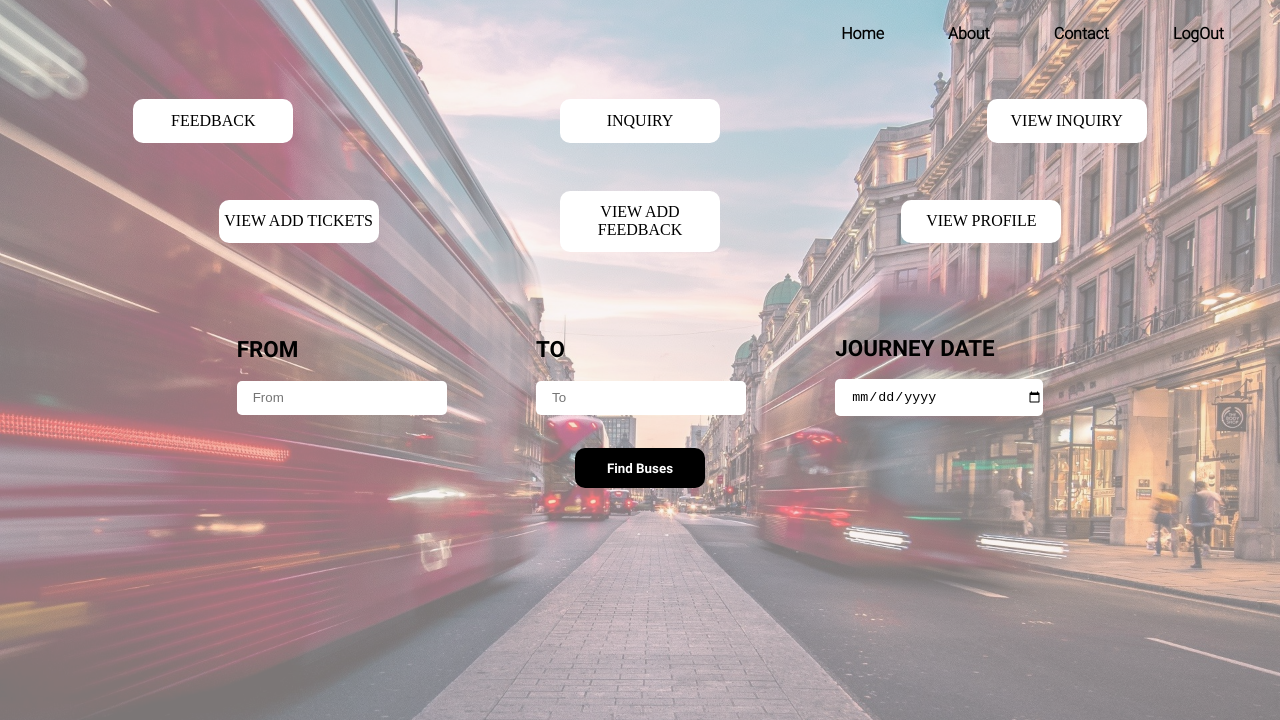
Repository: Savindushehan/RouteMaster-Group-project
Page: http://localhost/RouterMaster/MainHome.jsp
An editor plug-in stored every save of this project. The page is shown before and after the next save, followed by the edit.
The browser window is 1280 px wide. The pictures show the whole page.
The page is served by Tomcat 10. Other server files are loaded and not shown.

Above is the page before, as saved 2023-10-09 19:16:00.

### RouteMaster/RouterMaster/src/main/webapp/MainHome.jsp
<%@ page language="java" contentType="text/html; charset=UTF-8"
    pageEncoding="UTF-8"%>
<!DOCTYPE html>
<html lang="en">
<head>
    <meta charset="UTF-8">
    <meta name="viewport" content="width=device-width, initial-scale=1.0">
    <title>RouteMaster</title>
    <style>
        @font-face {
        font-family: 'Roboto-Light'; /* Font family name */
        src: url('Fonts/Roboto-Light.ttf') format('truetype'); /* URL to your font file */
        font-weight: normal;
        font-style: italic;
        }
        @font-face {
        font-family: 'Raleway-Light'; /* Font family name */
        src: url('Fonts/Raleway-Light.ttf') format('truetype'); /* URL to your font file */
        font-weight: normal;
        font-style: italic;
        }
        @font-face {
        font-family: 'Roboto-Bold'; /* Font family name */
        src: url('Fonts/Roboto-Bold.ttf') format('truetype'); /* URL to your font file */
        font-weight: normal;
        font-style: italic;
        }
        :root{
            --div-color1:#000000;
            --div-color2:#272702;
            --div-color3:#07FAFA;
            --div-color4:#FFFFFF;
        }
        a{
            text-decoration: none;
        }
        body{
            margin: 0;
            padding: 0;
            background-image: url(background.jpg);
            background-size: cover;
            background-repeat: no-repeat;
            background-position: center;
            height: 100vh;

        }
        body::before {
          content: "";
          position: absolute;
          top: 0;
          left: 0;
          width: 100%;
          height: 100%;
          background-color: rgba(245, 236, 236, 0.5);
          z-index: -1;
        }
        .head{
            display: flex;
            flex-direction: row;
            justify-content: right;
        }
        header h3{
            color: var(--div-color1);
            font-size:1rem;
            margin-right: 3rem;
            cursor: grab;
            padding: 0.5rem;
            border-radius: 0.5rem;
            outline: none;
            font-family: 'Roboto-Light';
        }
        .row1{
            margin-top: 2rem;
            width: 100%;
        }
        .row2{
            width: 80%;
            margin-left: auto;
            margin-right: auto;
        }
        .row1,.row2{
            display: flex;
            flex-direction: row;
            justify-content: space-around;
            align-items: center;
            margin-bottom: 3rem;
        }
        span{
            width: 10rem;
            padding-top: 0.8rem;
            padding-bottom: 0.8rem;
            text-align: center;
            border-radius: 10px;
            background-color: var(--div-color4);
            outline: none;
            font-family: 'Ralway-Light';
            cursor: pointer;
        }
        form{
            display: flex;
            flex-direction: column;
            justify-content: center;
            align-items: center;
            width:70%;
            margin-left: auto;
            margin-right: auto;
            margin-top: 4rem;
        }
        .row3{
            display: flex;
            flex-direction: row;
            justify-content: space-around;
            align-items: center;
            width: 100%;
        }
        h2{
           font-family: 'Roboto-Bold';
           font-size: 1.4rem;
        }
        input{
            width: 12rem;
            padding-top: 0.6rem;
            padding-bottom: 0.6rem;
            border: none;
            outline: none;
            border-radius: 5px;
            padding-left: 1rem;
        }
        button{
          text-align: center;
          padding-left: 2rem;
          padding-right: 2rem;
          padding-top: 0.8rem;
          padding-bottom: 0.8rem;
          border-radius: 10px;
          font-family: 'Roboto-Bold';
          background-color: var(--div-color1);
          color: var(--div-color4);
          border: none;
          outline: none;
          cursor: pointer;
          margin-top: 2rem;
        }
    </style>
</head>
<body>
    <header>
        <div class="head">
          <a href="Home.jsp"><h3 id="m1">Home</h3></a>
           <a href="AboutUs.jsp"><h3 id="m2">About</h3></a>
            <a href="ContactUS.jsp"><h3 id="m3">Contact</h3></a>
           <a href="login.jsp"><h3 id="m4">LogOut</h3></a>
        </div>
    </header>
    <main>
        <div class="row1">
            <span id="s1" name="feedback">FEEDBACK</span>
            <span id="s2" name="inquiry">INQUIRY</span>
            <span id="s3" name="viewinquiry">VIEW INQUIRY</span>
        </div>
       <div class="row2">
		<span id="s4" name="ticket">VIEW ADD TICKETS</span>
   		 <span id="s5" name="viewfeedback">VIEW ADD FEEDBACK</span>
	    <span id="s6" name="profile" value="profile" type="hidden">VIEW PROFILE</span>
	</div>

        <form>
            <div class="row3">
                <div class="colomn1">
                                    <h2>FROM</h2>
                    <input type="text" id="from" name="from" placeholder="From">
                </div>
                <div class="colomn2">
                    <h2>TO</h2>
                    <input type="text" id="to" name="to" placeholder="To">
                </div>
                <div class="colomn3">
                    <h2>JOURNEY DATE</h2>
                    <input type="date" id="date" name="date">
                </div>
            </div>
            <button id="btn">Find Buses</button>
        </form>
    </main>
    <script>

        var M1=document.getElementById("m1");
        var M2=document.getElementById("m2");
        var M3=document.getElementById("m3");
        var M4=document.getElementById("m4");
        var BTN=document.getElementById("btn");
        var S1=document.getElementById("s1");
        var S2=document.getElementById("s2");
        var S3=document.getElementById("s3");
        var S4=document.getElementById("s4");
        var S5=document.getElementById("s5");
        var S6=document.getElementById("s6");

        M1.onmousemove=function(){
          M1.style.backgroundColor="var(--div-color3)";
          M1.style.color="var(--div-color4)";
        }
        M1.onmouseout=function(){
          M1.style.backgroundColor="";
          M1.style.color="var(--div-color1)";
        }
        M2.onmousemove=function(){
          M2.style.backgroundColor="var(--div-color3)";
          M2.style.color="var(--div-color4)";
        }
        M2.onmouseout=function(){
          M2.style.backgroundColor="";
          M2.style.color="var(--div-color1)";
        }
        M3.onmousemove=function(){
          M3.style.backgroundColor="var(--div-color3)";
          M3.style.color="var(--div-color4)";
        }
        M3.onmouseout=function(){
          M3.style.backgroundColor="";
          M3.style.color="var(--div-color1)";
        }
        M4.onmousemove=function(){
          M4.style.backgroundColor="var(--div-color3)";
          M4.style.color="var(--div-color4)";
        }
        M4.onmouseout=function(){
          M4.style.backgroundColor="";
          M4.style.color="var(--div-color1)";
        }
        /* Above javascript code must include all tha page.don't change the code.*/
        BTN.onmousemove=function(){
          BTN.style.color="var(--div-color1)";
          BTN.style.backgroundColor="var(--div-color4)";
        }
        BTN.onmouseout=function(){
          BTN.style.color="var(--div-color4)";
          BTN.style.backgroundColor="var(--div-color1)";
        }
        S1.onmousemove=function(){
            S1.style.backgroundColor="var(--div-color3)";
            S1.style.color="var(--div-color4)";
        }
        S1.onmouseout=function(){
            S1.style.backgroundColor="var(--div-color4)";
            S1.style.color="var(--div-color1)";
        }
        S2.onmousemove=function(){
            S2.style.backgroundColor="var(--div-color3)";
            S2.style.color="var(--div-color4)";
        }
        S2.onmouseout=function(){
            S2.style.backgroundColor="var(--div-color4)";
            S2.style.color="var(--div-color1)";
        }
        S3.onmousemove=function(){
            S3.style.backgroundColor="var(--div-color3)";
            S3.style.color="var(--div-color4)";
        }
        S3.onmouseout=function(){
            S3.style.backgroundColor="var(--div-color4)";
            S3.style.color="var(--div-color1)";
        }
        S4.onmousemove=function(){
            S4.style.backgroundColor="var(--div-color3)";
            S4.style.color="var(--div-color4)";
        }
        S4.onmouseout=function(){
            S4.style.backgroundColor="var(--div-color4)";
            S4.style.color="var(--div-color1)";
        }
        S5.onmousemove=function(){
            S5.style.backgroundColor="var(--div-color3)";
            S5.style.color="var(--div-color4)";
        }
        S5.onmouseout=function(){
            S5.style.backgroundColor="var(--div-color4)";
            S5.style.color="var(--div-color1)";
        }
        S6.onmousemove=function(){
            S6.style.backgroundColor="var(--div-color3)";
            S6.style.color="var(--div-color4)";
        }
        S6.onmouseout=function(){
            S6.style.backgroundColor="var(--div-color4)";
            S6.style.color="var(--div-color1)";
        }

       </script>
</body>
</html>

After the next save:
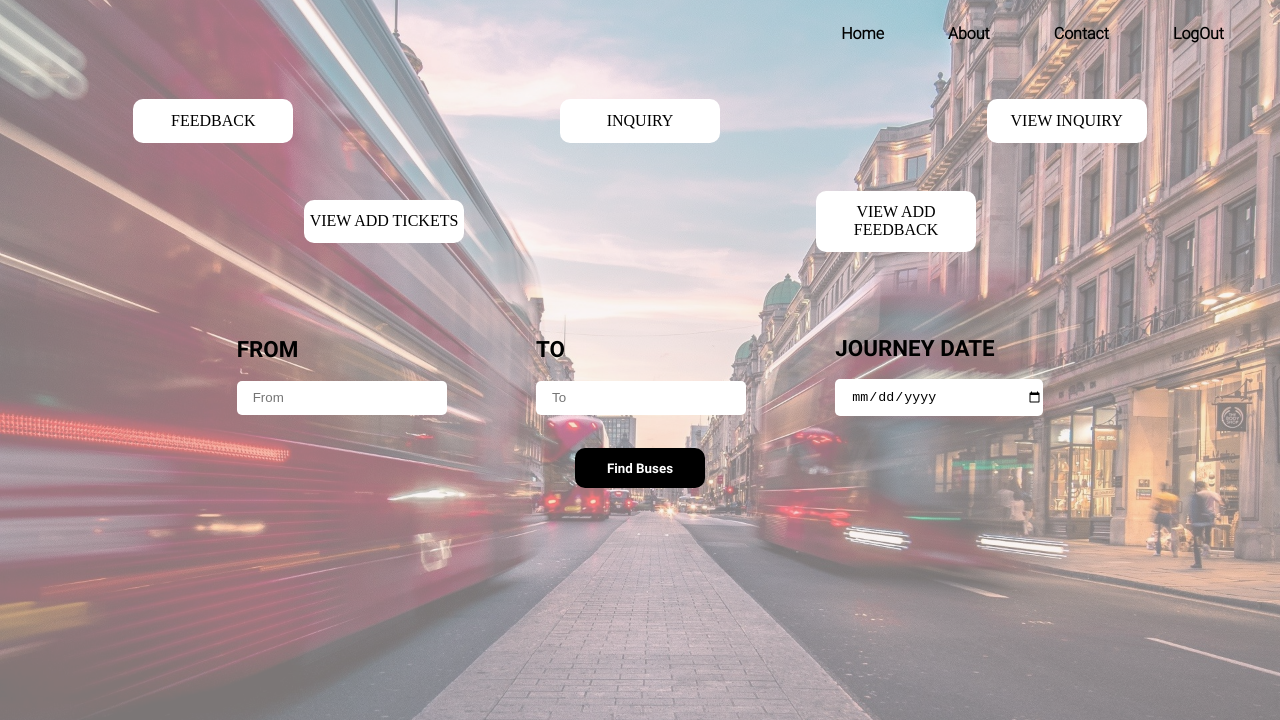
Saved 79 s later.
--- a/RouteMaster/RouterMaster/src/main/webapp/MainHome.jsp
+++ b/RouteMaster/RouterMaster/src/main/webapp/MainHome.jsp
@@ -161,7 +161,7 @@
        <div class="row2">
 		<span id="s4" name="ticket">VIEW ADD TICKETS</span>
    		 <span id="s5" name="viewfeedback">VIEW ADD FEEDBACK</span>
-	    <span id="s6" name="profile" value="profile" type="hidden">VIEW PROFILE</span>
+	    <input id="s6" name="profile" value="profile" type="hidden">
 	</div>
 
         <form>
